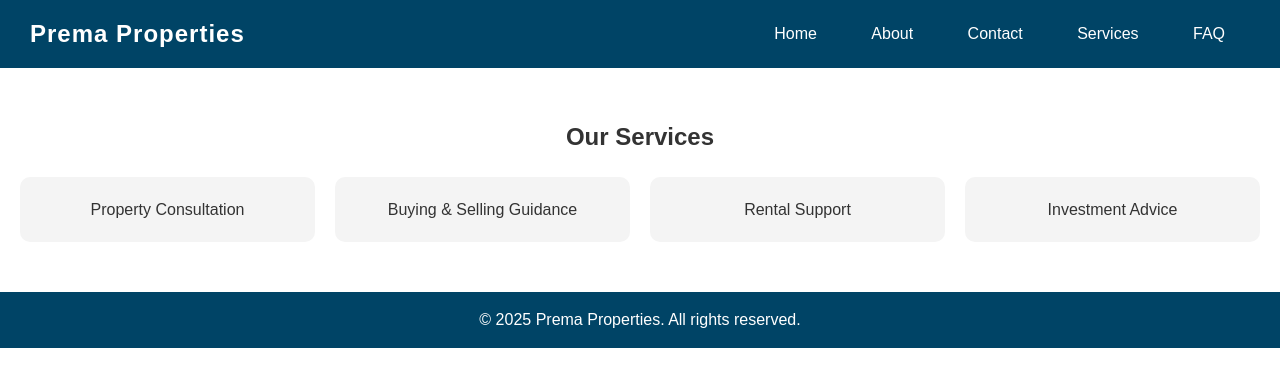
Repository: mnqobiMenzi/Prema-Properties
Page: services.html
The author's editor kept a copy of each file at every save. The page is drawn from the files as they stood at one save, then again after the next save.
The browser window is 1280 px wide. The pictures show the whole page.

Above is the page before, as saved 2025-10-04 08:53:09.

### services.html
<!DOCTYPE html>
<html lang="en">
<head>
  <meta charset="UTF-8">
  <meta name="viewport" content="width=device-width, initial-scale=1.0">
  <title>Prema Properties</title>
  <link rel="stylesheet" href="CSS/style.css">
</head>
<body>

  <!-- Header / Navigation -->
  <header>
    <div class="logo">Prema Properties</div>
    <nav>
      <a href="index.html">Home</a>
      <a href="about-us.html">About</a>
      <a href="contact-us.html">Contact</a>
      <a href="#services" class="active">Services</a>
      <a href="FAQ.html">FAQ</a>
    </nav>
  </header>
  <!-- Services Section -->
  <section id="services" class="services">
    <h2>Our Services</h2>
    <div class="service-list">
      <div class="service">Property Consultation</div>
      <div class="service">Buying & Selling Guidance</div>
      <div class="service">Rental Support</div>
      <div class="service">Investment Advice</div>
    </div>
  </section>

  <!-- Footer -->
  <footer>
    <p>© 2025 Prema Properties. All rights reserved.</p>
  </footer>

</body>
</html>

### CSS/style.css
* {
  margin: 0;
  padding: 0;
  box-sizing: border-box;
  font-family: Arial, sans-serif;
}

body {
  line-height: 1.6;
  color: #333;
}

/* Header */
header {
  position: sticky;
  top: 0;
  display: flex;
  justify-content: space-between;
  align-items: center;
  padding: 15px 30px;
  background: #004466;
  color: #fff;
  z-index: 1000;
}
header .logo {
  font-size: 1.5em;
  font-weight: 700;
  font-family: 'Poppins', sans-serif;
  color: #fff;
  letter-spacing: 1px;
  display: flex;
  align-items: center;
}
header nav a {
  margin: 0 10px;
  color: #fff;
  padding: 8px 15px;
  border-radius: 5px;
  text-decoration: none;
  font-weight: 500;
  font-family: 'Poppins', sans-serif;
  transition: color 0.3s ease, border-bottom 0.3s ease;
}

header nav a:hover {
  color: #fff;
  background: rgba(128, 128, 128, 0.3);
  /* border-bottom: 2px solid #ffcc00; */
  padding-bottom: 3px;
}
/* Active link */
header nav a.active {
  /* background: #ffcc00;
  font-weight: bold;
  border-bottom: 2px solid #004466; */
}
/* Hero */
.hero {
  background: url('https://source.unsplash.com/1600x600/?house,property') no-repeat center center/cover;
  color: white;
  text-align: center;
  padding: 100px 20px;
}
.hero h1 {
  font-size: 2.5em;
}
.hero .btn {
  display: inline-block;
  margin-top: 20px;
  padding: 10px 20px;
  background: #ff6600;
  color: white;
  border-radius: 5px;
  text-decoration: none;
}
.hero .btn:hover {
  background: #cc5200;
}

/* Sections */
section {
  padding: 50px 20px;
  text-align: center;
}
.services .service-list {
  display: grid;
  grid-template-columns: repeat(auto-fit, minmax(200px, 1fr));
  gap: 20px;
  margin-top: 20px;
}
.service {
  background: #f4f4f4;
  padding: 20px;
  border-radius: 10px;
}

/* Contact */
.contact form {
  display: flex;
  flex-direction: column;
  max-width: 400px;
  margin: auto;
}
.contact input, .contact textarea {
  margin-bottom: 15px;
  padding: 10px;
  border: 1px solid #ddd;
  border-radius: 5px;
}
.contact button {
  padding: 10px;
  border: none;
  background: #004466;
  color: white;
  cursor: pointer;
  border-radius: 5px;
}
.contact button:hover {
  background: #00334d;
}

/* Footer */
footer {
  background: #004466;
  color: #fff;
  text-align: center;
  padding: 15px;
}

After the next save:
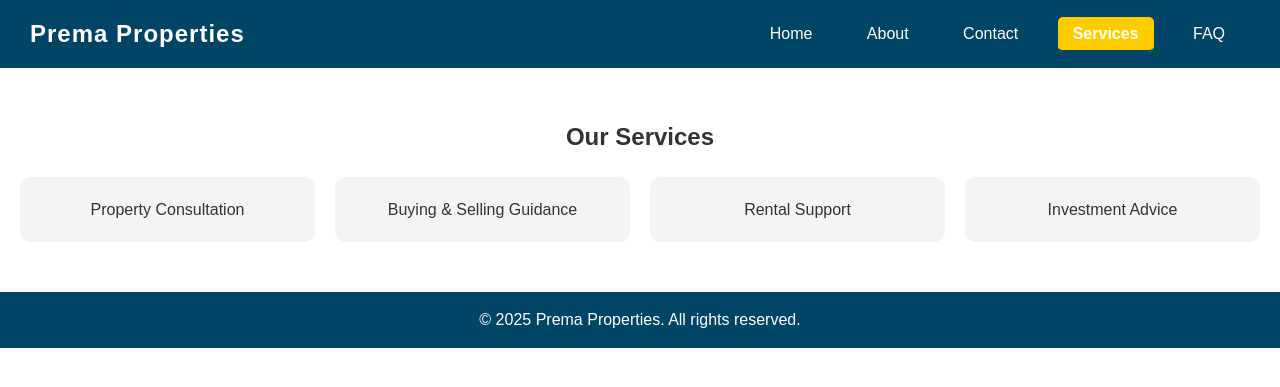
Saved 6 s later.
--- a/CSS/style.css
+++ b/CSS/style.css
@@ -50,9 +50,9 @@ header nav a:hover {
 }
 /* Active link */
 header nav a.active {
-  /* background: #ffcc00;
+  background: #ffcc00;
   font-weight: bold;
-  border-bottom: 2px solid #004466; */
+  border-bottom: 2px solid #004466;
 }
 /* Hero */
 .hero {
